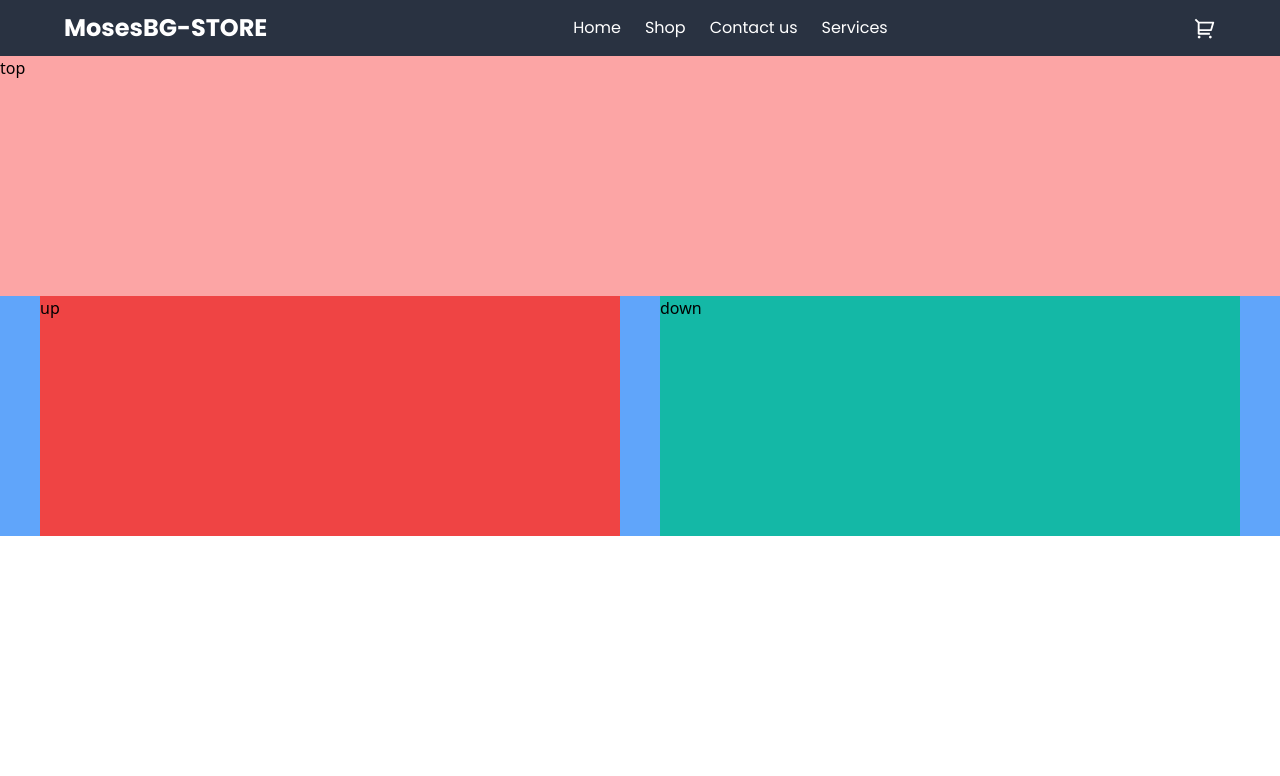
Repository: moshebengan/cart
Page: /fake-store/contact-us
The author's editor kept a copy of each file at every save. The page is drawn from the files as they stood at one save, then again after the next save.
The browser window is 1280 px wide. The pictures show the whole page.
The project was rebuilt for these pictures with package versions that can differ from the ones it lists, and the page was loaded fresh each time. Also part of the build but not shown: vite.config.js, src/components/Error.jsx, src/utils/data.js, src/utils/apiCalls.js, src/components/Loading.jsx, src/components/Products.jsx, src/components/Footer.jsx, src/pages/HomePage.jsx and 5 more.

Above is the page before, as saved 2024-09-15 15:24:02.

After the next save:
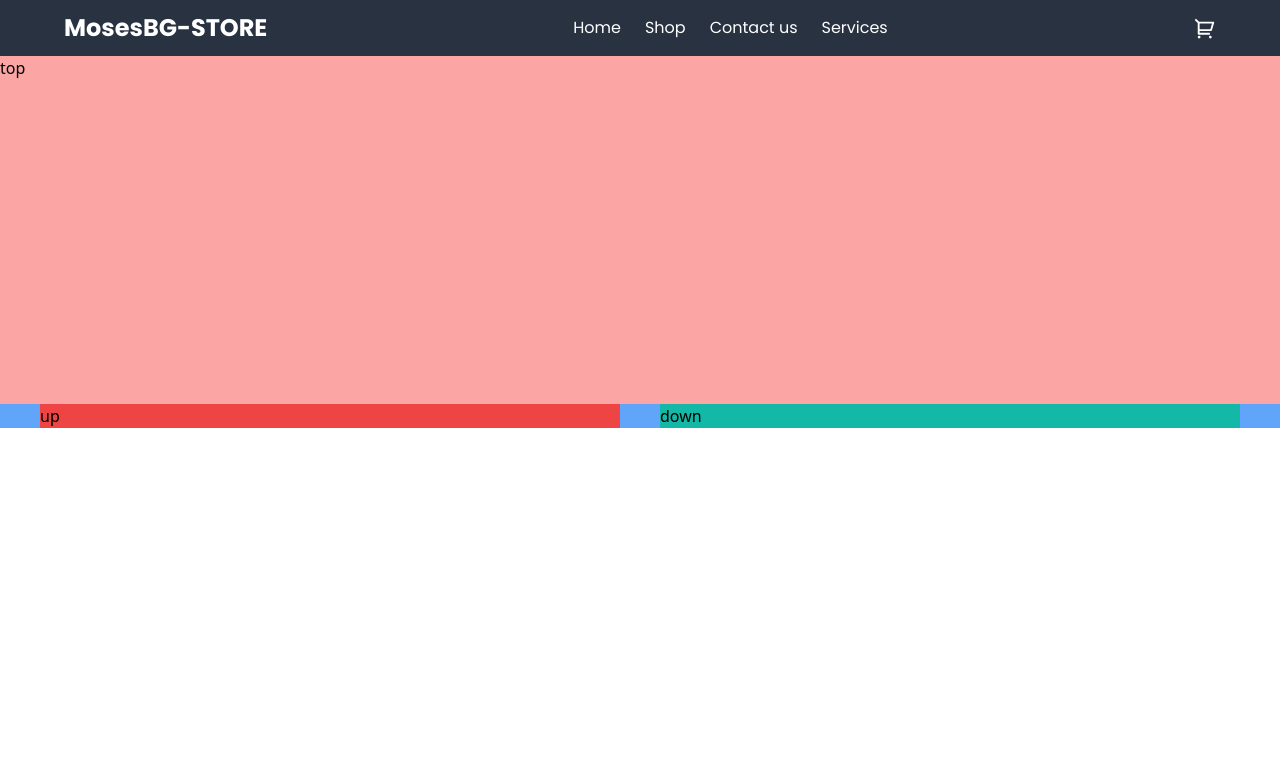
Saved 9 s later.
--- a/src/pages/ContactUs.jsx
+++ b/src/pages/ContactUs.jsx
@@ -4,7 +4,7 @@ const ContactUs = () => {
   return (
     <div className="w-full h-screen flex flex-col relative">
       <div className="w-full flex-1 bg-red-300">top</div>
-      <div className="w-full flex-1 bg-blue-400  flex flex-row justify-evenly items-center gap-10">
+      <div className="w-full flex-2 bg-blue-400  flex flex-row justify-evenly items-center gap-10">
         <div className="ml-10 flex-1 h-full bg-red-500" >up</div>
         <div className=" mr-10 flex-1 h-full bg-teal-500">down</div>
         {/* <div className="absolute -top-10 left-10 bg-yellow-300 flex-initial w-64">left</div>
